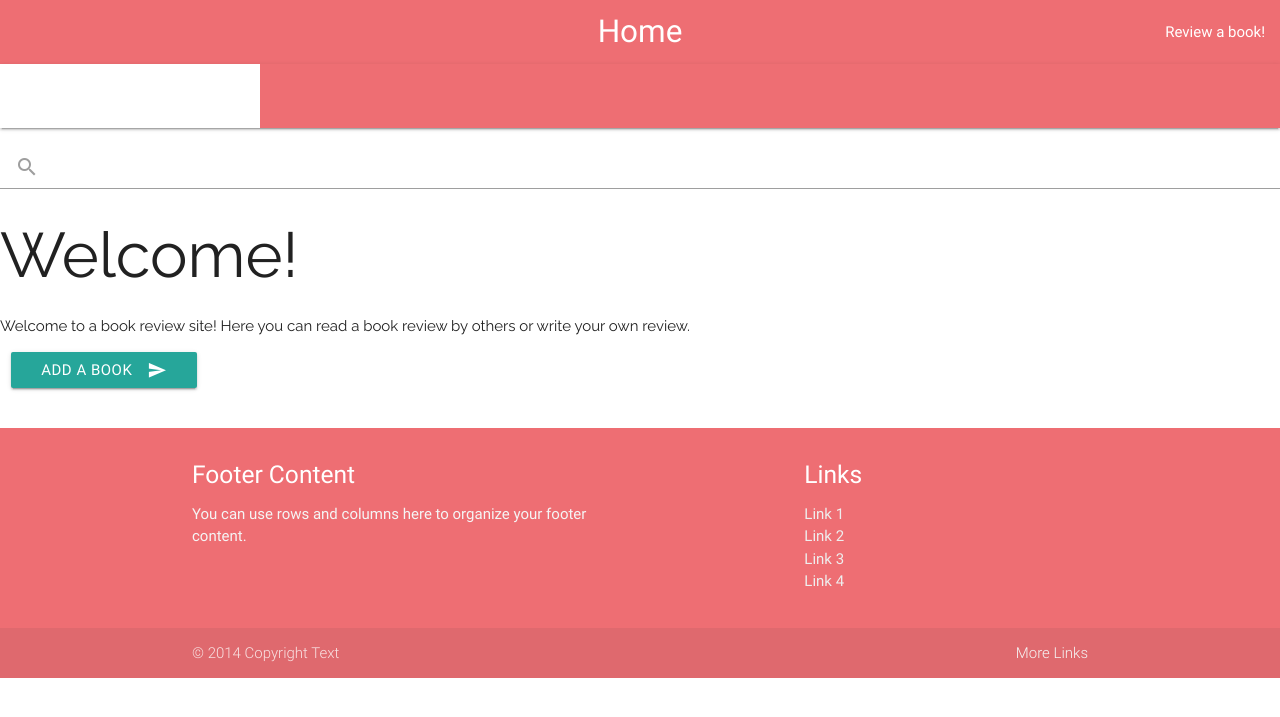
Repository: h8130084/bookReview
Page: http://localhost/
The author's editor kept a record of every edit. The page is drawn from the files as they stood at one moment, then again after the next edit.
The browser window is 1280 px wide. The pictures show the whole page.
Some web libraries are served in a nearby version. The page is served by the project's application, run on Flask 3 (app.py). Queries for data that is not in the repository find no rows.

Above is the page before.
Console error: ReferenceError: M is not defined

### templates/books.html
{% extends 'base.html' %} {% block content %}

<div class="wrapper">
    <h1> Welcome!</h1>
    <div class="sub-heading" "row"> Welcome to a book review site! Here you can read a book review by others or write your own review.</div>
    <div class="row">
        <ul>
            {% for book in books%}

            <div class="col s12">
                <li class="list_of_books"> <a href="{{url_for('book_info', book_id=book._id)}}">{{book.Title}}</a>
                </li><br>

            </div>
            {% endfor %}
        </ul>


        <div class="row" "addBookButton">
            <form action="{{url_for('add_book')}}" class="col s12">
                <button class="btn waves-effect waves-light" type="submit" name="action">add a book
                <i class="material-icons right">send</i>
            </button>
            </form>
        </div>

    </div>
</div>

{% endblock %}

### templates/base.html
<!DOCTYPE html>
<html lang="en">

<head>
    <meta charset="UTF-8">
    <meta name="viewport" content="width=device-width, initial-scale=1.0">
    <meta http-equiv="X-UA-Compatible" content="ie=edge">

    <!-- taken from google fonts, materilaize and cdnjs -->
    <link href="https://fonts.googleapis.com/icon?family=Material+Icons" rel="stylesheet">
    <link rel="stylesheet" href="https://cdnjs.cloudflare.com/ajax/libs/materialize/0.100.2/css/materialize.min.css">
    <link rel="stylesheet" href="{{url_for('static', filename='/style.css')}}" type="text/css" />

    <title>Document</title>
</head>

<body>
    <header>
        <nav>
            <div class="nav-wrapper">
                <a href="{{url_for('get_books')}}" class="brand-logo center">Home</a>
                <ul id="nav-mobile" class="right">
                    <li><a href="{{url_for('add_book')}}">Review a book!</a></li>
            </div>
        </nav>
        <nav>
            <div class="nav-wrapper">
                    <form action="{{ url_for('search') }}" method="GET">
                        <div class="input-field" "center">
                            <input id="Title" type="Title" name="Title" required>
                            <label class="label-icon" for="search"><i class="material-icons">search</i></label>
                        </div>
                    </form>
                </div>
            </div>
        </nav>
    </header>


        <div class="input-field">
          <input id="search" type="search" required>
          <label class="label-icon" for="search"><i class="material-icons">search</i></label>
          <i class="material-icons">close</i>
        </div>
      </form>
    </div>
  </nav>




    {% block content %} {% endblock %}

    <script src="https://cdnjs.cloudflare.com/ajax/libs/jquery/3.2.1/jquery.min.js"></script>
    <script src="https://cdnjs.cloudflare.com/ajax/libs/materialize/0.100.2/js/materialize.min.js"></script>
    <script type="text/javascript">
        $(document).ready(function() {
            $('.tabs').tabs();
            $('#Review').val('New Text');
            M.textareaAutoResize($('#Review'));
            $('.sidenav').sidenav();
        });
    </script>
    </div>


</body>


<footer class="page-footer">
    <div class="container">
        <div class="row">
            <div class="col l6 s12">
                <h5 class="white-text">Footer Content</h5>
                <p class="grey-text text-lighten-4">You can use rows and columns here to organize your footer content.</p>
            </div>
            <div class="col l4 offset-l2 s12">
                <h5 class="white-text">Links</h5>
                <ul>
                    <li><a class="grey-text text-lighten-3" href="#!">Link 1</a></li>
                    <li><a class="grey-text text-lighten-3" href="#!">Link 2</a></li>
                    <li><a class="grey-text text-lighten-3" href="#!">Link 3</a></li>
                    <li><a class="grey-text text-lighten-3" href="#!">Link 4</a></li>
                </ul>
            </div>
        </div>
    </div>
    <div class="footer-copyright">
        <div class="container">
            © 2014 Copyright Text
            <a class="grey-text text-lighten-4 right" href="#!">More Links</a>
        </div>
    </div>
</footer>

</html>

### app.py
import os
from flask import Flask, render_template, redirect, request, url_for
from flask_pymongo import PyMongo
from bson.objectid import ObjectId
import env

app = Flask(__name__)

app.config["MONGO_DBNAME"] = 'book_review'
app.config["MONGO_URI"] = env.MONGO_URI


mongo = PyMongo(app)

@app.route('/')
@app.route('/ get_books')
def get_books():
     return render_template("books.html", books=mongo.db.book_details.find())

@app.route('/search', methods=['GET'])
def search():
     searched_book = request.args.get('Title')
     book = mongo.db.book_details.find({'Title': searched_book})
     return render_template("search.html", book=book)

@app.route('/edit_book/<book_id>')
def edit_book(book_id):
    the_book = mongo.db.book_details.find_one({"_id": ObjectId(book_id)})
    all_categories = mongo.db.categories.find()
    return render_template('editbook.html', book=the_book, categories=all_categories)

@app.route('/update_book/<book_id>', methods=["POST"])
def update_book(book_id):
    books = mongo.db.book_details
    books.update( {'_id': ObjectId(book_id)},
    {
        'Title': request.form.get('Title'),
        'Author': request.form.get('Author'),
        'Genre': request.form.get('Genre'),
        'Year': request.form.get('Year'),
        'Image_URL': request.form.get('Image_URL'),
        'Amazon': request.form.get('Amazon'),
        'Review': request.form.get('Review')
    })
    return redirect(url_for('get_books'))

#book details page
@app.route('/book_info/<book_id>')
def book_info(book_id):
    the_book = mongo.db.book_details.find_one({"_id": ObjectId(book_id)})
    all_categories = mongo.db.categories.find()
    return render_template('bookdetails.html', book=the_book, categories=all_categories, comments=mongo.db.comments.find())

def get_comments():
    comments = mongo.db.comments.find()
    print(comments.bookID)
    return render_template('bookdetails.html', comments=comments)

#  takes the details from the form and adds the comment to the database, then redirects to bookdetails page

@app.route('/insert_comment', methods=['POST'])
def insert_comment():

    new_comment = {
        'bookID': request.form.get('Title_comment'),
        'comment': request.form.get('comment')
    }
    comments = mongo.db.comments
    comments.insert_one(new_comment)
    # ----- get comments should be book.details page to display that the comment just added is present
    return  redirect(url_for('get_books'))

# displays add books page
@app.route('/add_book')
def add_book():
    return render_template('addbook.html')

#  takes the details from the form and adds the book to the database, then redirects to home page
@app.route('/insert_book', methods=['POST'])
def insert_book():

    new_book = {
        'Title': request.form.get('Title'),
        'Author': request.form.get('Author'),
        'Genre': request.form.get('Genre'),
        'Year': request.form.get('Year'),
        'Image_URL': request.form.get('Image_URL'),
        'Amazon': request.form.get('Amazon'),
        'Review': request.form.get('Review'),
        'upvotes': 0,
    }

    books = mongo.db.book_details
    books.insert_one(new_book)
    # ----- get books should be home page to display that the book just added is present
    return redirect(url_for('get_books'))

#  adds one to the upvotes
@app.route('/upvote', methods=['POST'])
def add_upvote():

    new_upvote = {
        'upvotes': 0,
    }
    books = mongo.db.book_details
    books.insert_one(new_upvote)
    return redirect(url_for('get_books'))



# delete the book
@app.route('/delete_book/<book_id>')
def delete_book(book_id):
    mongo.db.book_details.remove({'_id': ObjectId(book_id)})
    return redirect(url_for('get_books'))


if __name__ == '__main__':
    app.run(host=os.environ.get('IP'),
    port=int(os.environ.get('PORT')),
    debug=True)

### static/style.css
@import url('https://fonts.googleapis.com/css?family=Raleway&display=swap');

/*body{*/
/*    background-color: green;*/
/*}*/

.footer{
    background-color: red;
}

.coverIMG {
width: 100%;
  max-width: 400px;
  height: auto;
  position: center;
}

.books{
   background-color: red;
   position: center;
   position: absolute;
 }

.list_of_books{
    text-align: center;
    border: double;
}

/*text*/
h1{
  font-family: 'Raleway', sans-serif;
}
.sub-heading {
  font-family: 'Raleway', sans-serif;
}

After the next edit:
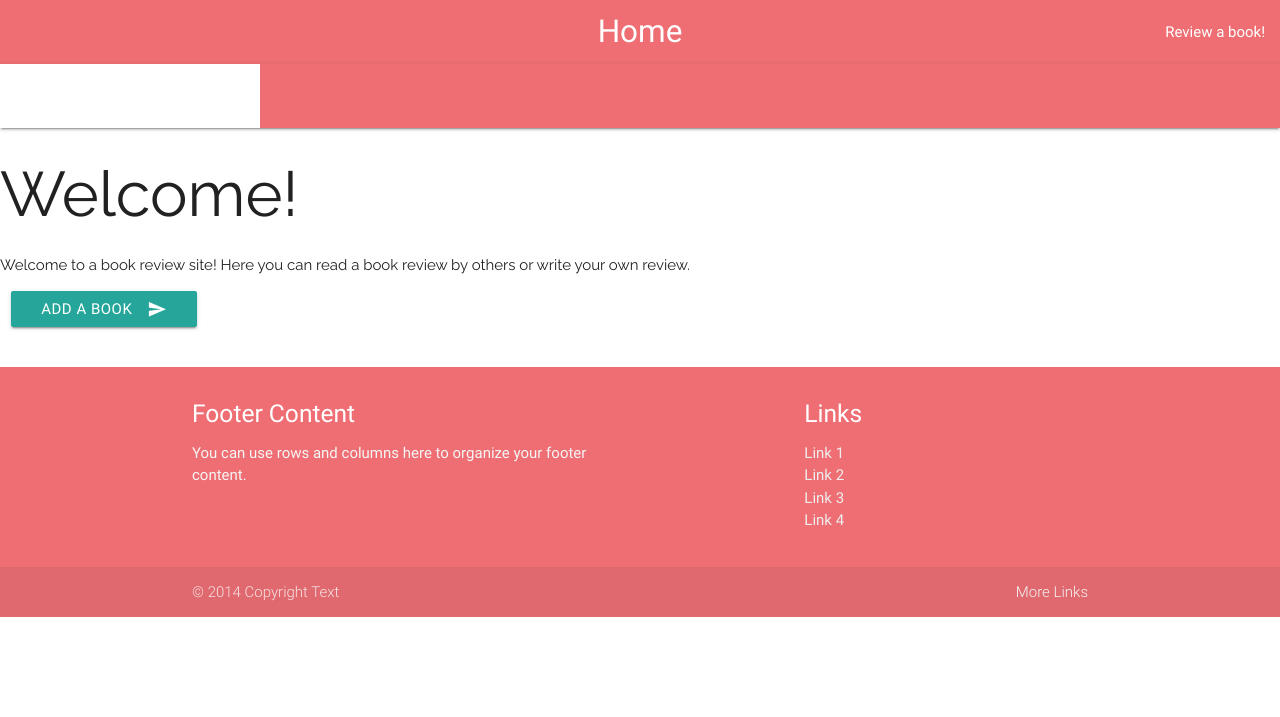
The edit:
--- a/templates/base.html
+++ b/templates/base.html
@@ -37,10 +37,8 @@
     </header>
 
 
-        <div class="input-field">
-          <input id="search" type="search" required>
-          <label class="label-icon" for="search"><i class="material-icons">search</i></label>
-          <i class="material-icons">close</i>
+
+
         </div>
       </form>
     </div>
